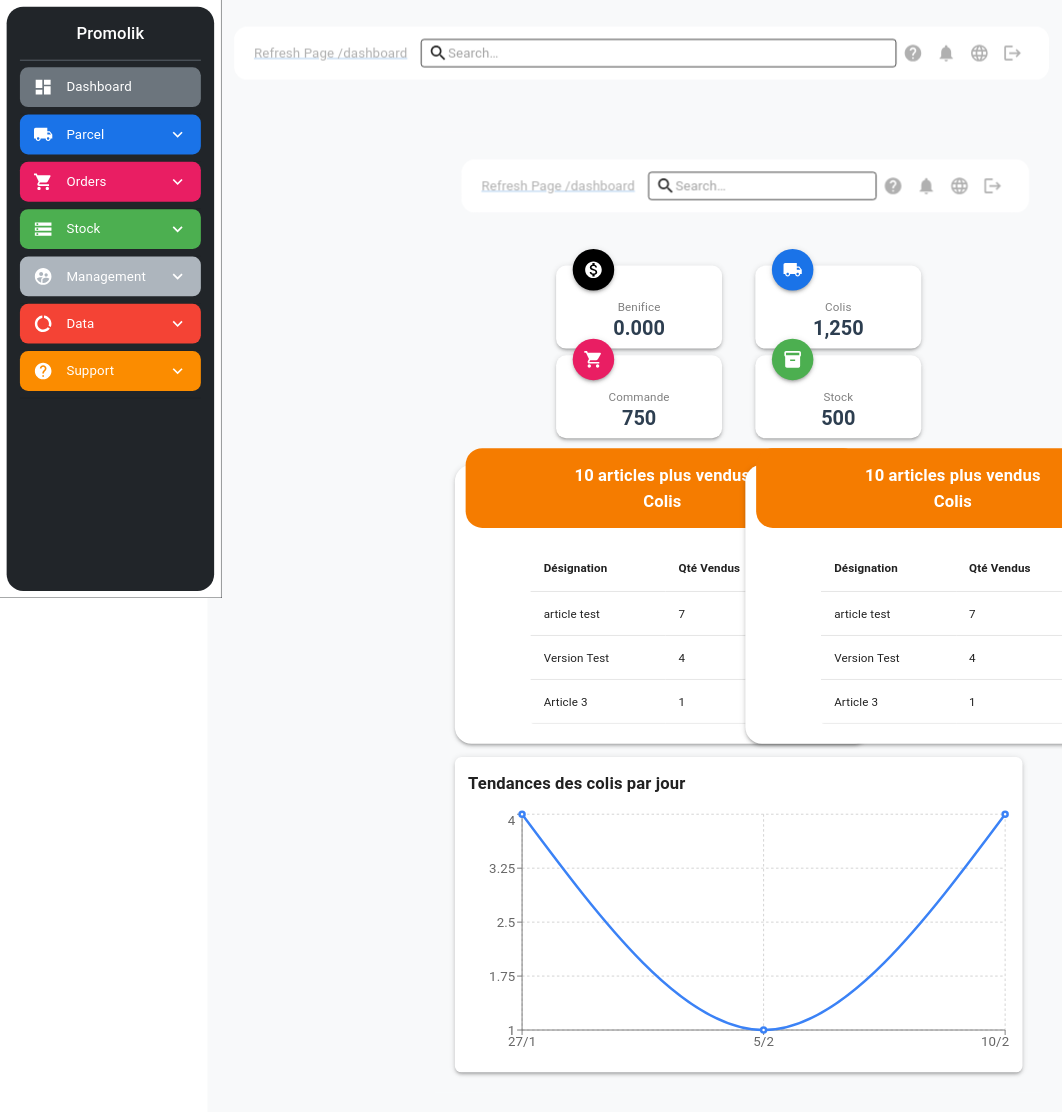
Repository: yosrjdly/stk
Page: /dashboard (app in dashboard/)
An editor plug-in stored every save of this project. The page is shown before and after a run of saves, followed by the edit.
The browser window is 1280 px wide. The pictures show the whole page, at 83% of full size.
The project was rebuilt for these pictures with package versions that can differ from the ones it lists, and the page was loaded fresh each time. The framework's server and built-in components were replaced by stand-ins that run in the browser. Also part of the build but not shown: dashboard/next.config.ts.

Above is the page before, as saved 2025-02-16 17:07:35.

After the next 3 saves:
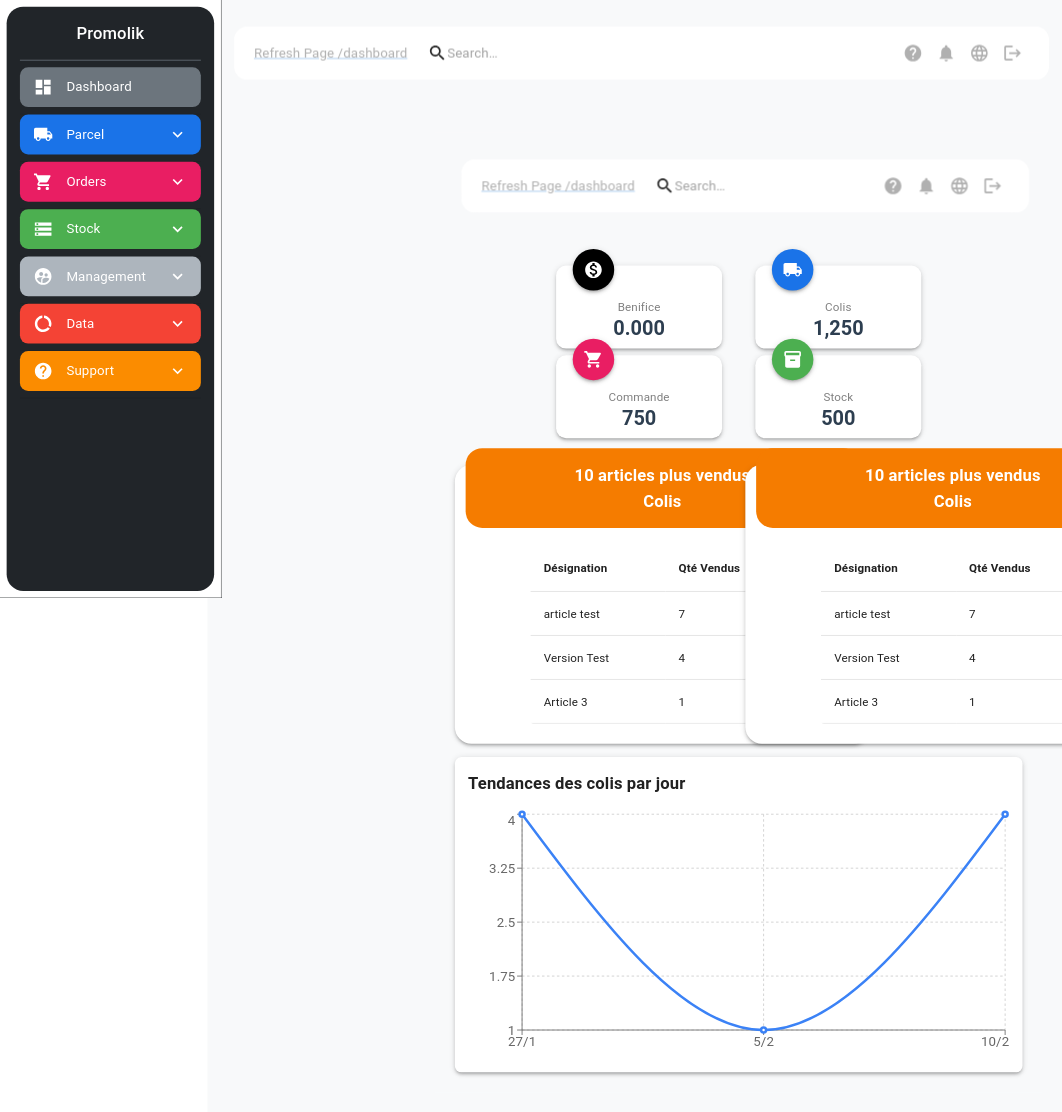
The 3 saves are shown as one change because they came seconds apart.
The last was saved 20 s later.
--- a/dashboard/src/componenets/navbar/Navbar.tsx
+++ b/dashboard/src/componenets/navbar/Navbar.tsx
@@ -63,7 +63,7 @@
         <InputBase
           placeholder="Search…"
           startAdornment={<SearchIcon />}
-          sx={{ flexGrow: 1,border:'0.1px solid ', borderRadius: '4px', paddingLeft: '8px' }}
+          sx={{ flexGrow: 1,border:'0.1 px solid ', borderRadius: '4px', paddingLeft: '8px' }}
         />
 
         {/* Help Icon */}

After the save that followed:
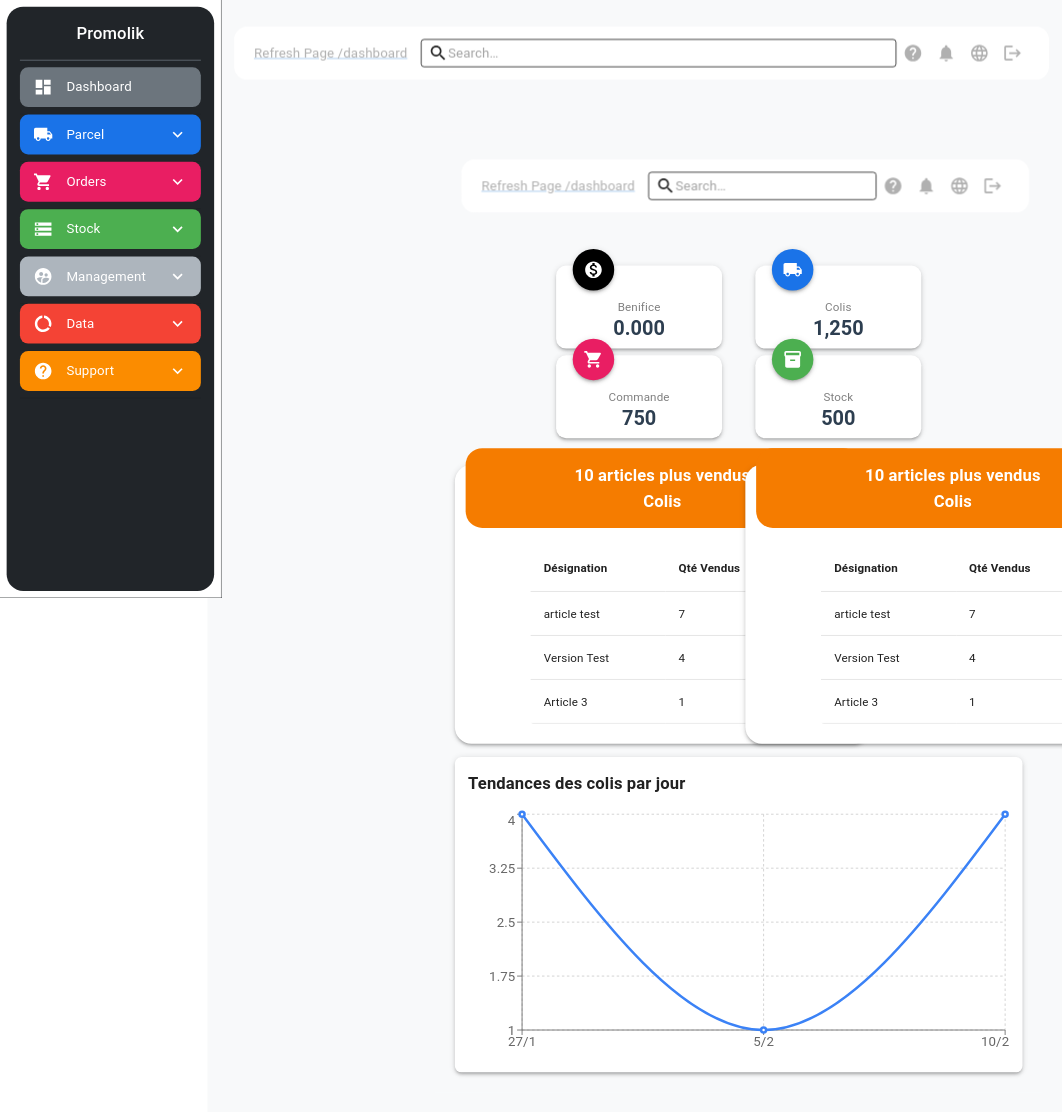
Saved 5 s later.
--- a/dashboard/src/componenets/navbar/Navbar.tsx
+++ b/dashboard/src/componenets/navbar/Navbar.tsx
@@ -63,7 +63,7 @@
         <InputBase
           placeholder="Search…"
           startAdornment={<SearchIcon />}
-          sx={{ flexGrow: 1,border:'0.1 px solid ', borderRadius: '4px', paddingLeft: '8px' }}
+          sx={{ flexGrow: 1,border:'0.1px solid ', borderRadius: '4px', paddingLeft: '8px' }}
         />
 
         {/* Help Icon */}
